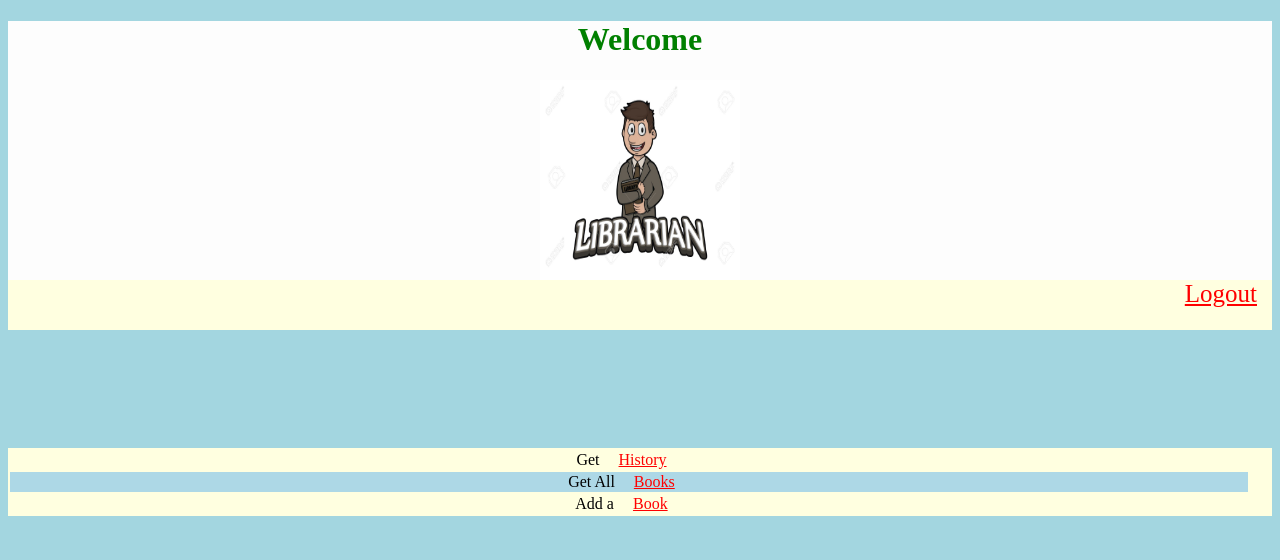
Repository: prashantvadlamani/Library-Management-System
Page: http://localhost/project/librarian.jsp
An editor plug-in stored every save of this project. The page is shown before and after the next save, followed by the edit.
The browser window is 1280 px wide. The pictures show the whole page.
The page is served by Tomcat 9. Other server files are loaded and not shown.

Above is the page before, as saved 2018-08-23 06:32:35.

### project/WebContent/librarian.jsp
<%@ page language="java" contentType="text/html; charset=ISO-8859-1"
    pageEncoding="ISO-8859-1"%>
<%@page import="java.util.*"%>
<%@page import="model.*"%>
<!DOCTYPE html PUBLIC "-//W3C//DTD HTML 4.01 Transitional//EN" "http://www.w3.org/TR/html4/loose.dtd">
<html>
<head>
<meta http-equiv="Content-Type" content="text/html; charset=ISO-8859-1">
<title>Librarian</title>
<style>
	h1{
		text-align:center;
		color: green;
	}

	a{
		color: red;
		padding: 15px;
	}
	body{
		background-color: #a3d6e0;
	}
	img{
		width:200px;
		height: 200px;
	}
	.center {
    display: block;
    margin-left: auto;
    margin-right: auto;
	}
	table{
		background-color: lightyellow;
		margin-top: 100px;
		text-align: center;
	}
</style>
</head>
<body>
	<header style="background-color:#fdfdfd;">
	   <h1>Welcome</h1>
	   <span><img src="images/librarianlogo.jpg" class="center"></img></span>
  </header>
	<div style="text-align:right;background-color: lightyellow;height: 50px;font-size: 25px;"><a href="logout" >Logout</a></div>
	<br>
	<table align="center" width="100%">
		<tr>
			<td>Get <a href="libhistory">History</a></td>
		</tr>
		<tr>
			<td style="background-color: lightblue;">Get All <a href="librarianServlet">Books</a></td>
		</tr>
		<tr>
			<td>Add a <a href="add">Book</a><td>
	</tr>
	</table>
</body>
</html>

After the next save:
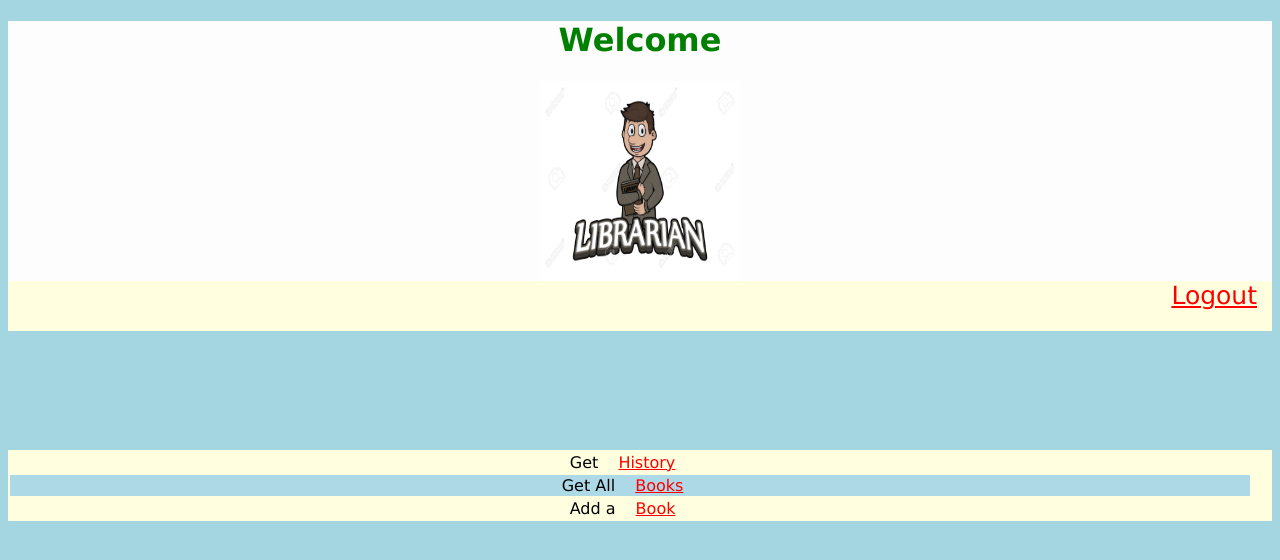
Saved 70 s later.
--- a/project/WebContent/librarian.jsp
+++ b/project/WebContent/librarian.jsp
@@ -8,6 +8,9 @@
 <meta http-equiv="Content-Type" content="text/html; charset=ISO-8859-1">
 <title>Librarian</title>
 <style>
+	body{
+		font-family: Verdana;
+	}
 	h1{
 		text-align:center;
 		color: green;
